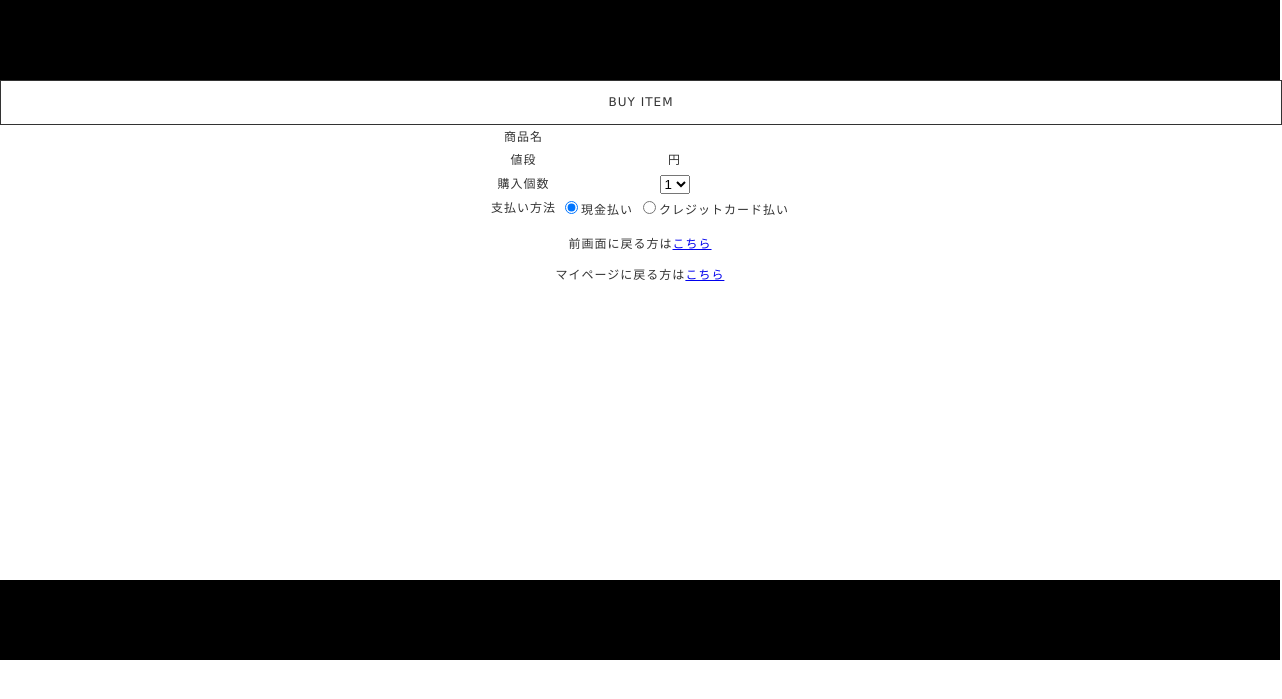
Repository: kf3225/backup
Page: http://localhost/ecsite/buyItem.jsp
These files come from the project's save history. The page is drawn as it stood at one moment and after the next save; the edit follows.
The browser window is 1280 px wide. The page is 1282 px wide, then 1280 px, so the pictures cover 1282 px, including what lies to the right of the window. The pictures show the whole page.
The page is served by Tomcat 9.

Above is the page before, as saved 2018-01-24 07:34:45.

After the next save:
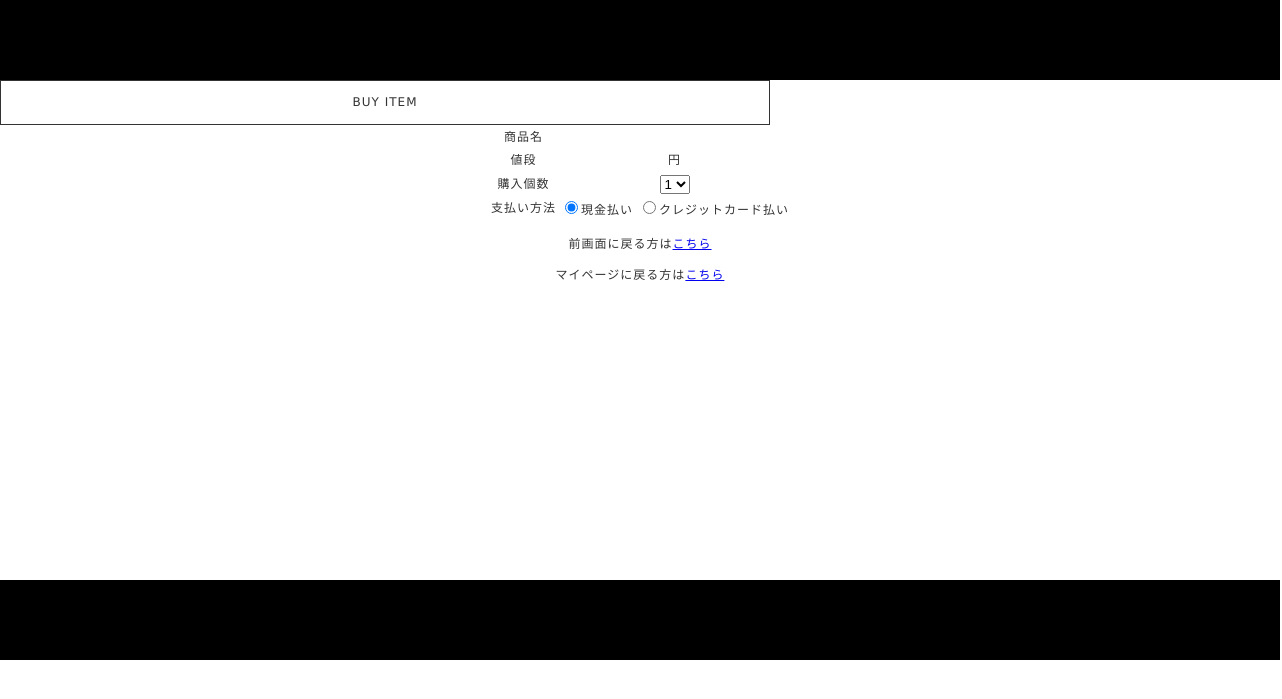
Saved 12 s later.
--- a/ecsite/WebContent/buyItem.jsp
+++ b/ecsite/WebContent/buyItem.jsp
@@ -32,7 +32,7 @@ table {
 
 /* ===== ID LAYOUT ===== */
 #top {
-	width:100%;
+	width:60%;
 	text-align:center;
 	border:1px solid #333;
 }
